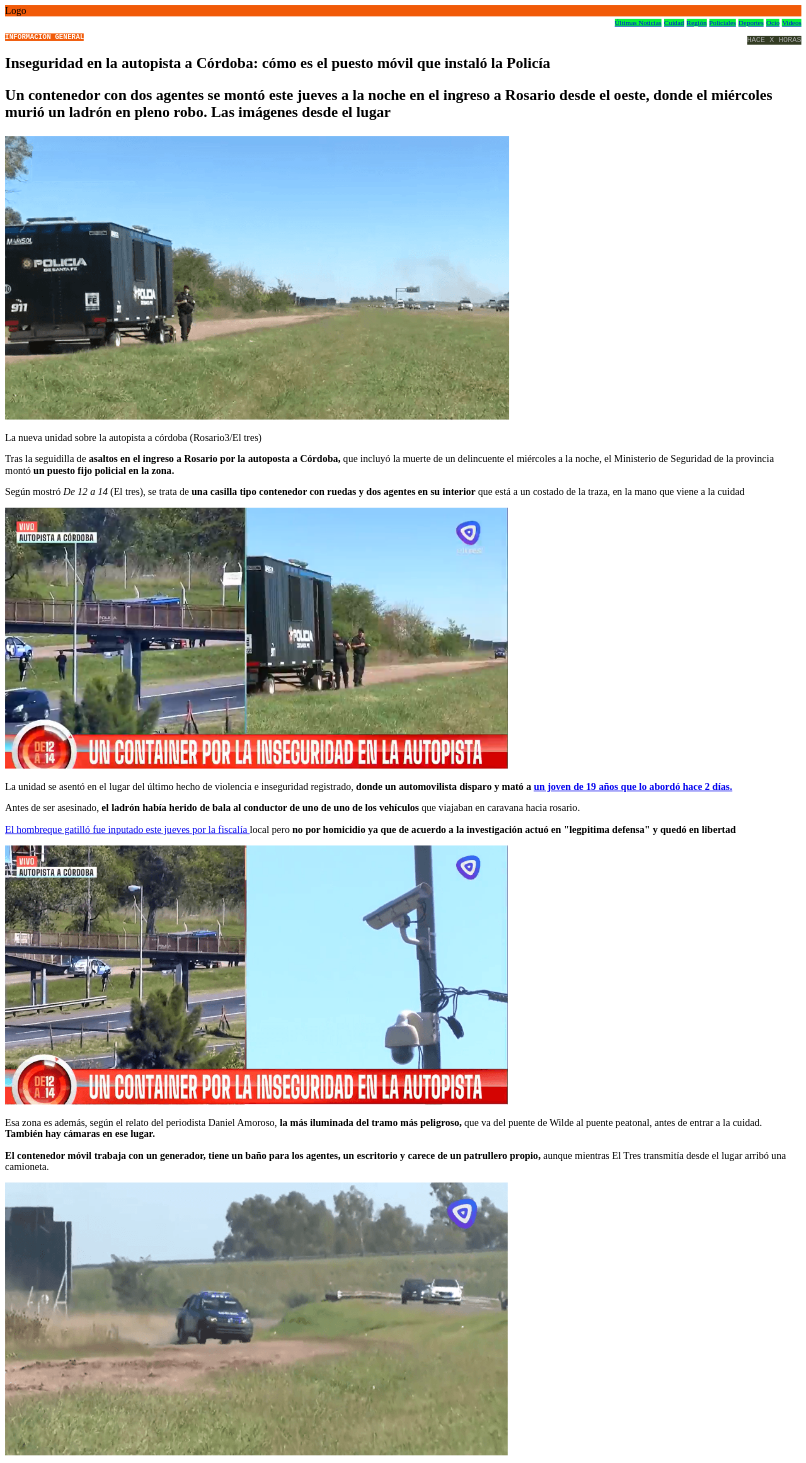
Repository: Larrowo/LPPA
Page: Clase 2/index.html
An editor plug-in stored every save of this project. The page is shown before and after the next save, followed by the edit.
The browser window is 1280 px wide. The pictures show the whole page, at 63% of full size.

Above is the page before, as saved 2022-04-19 14:21:52.

After the next save:
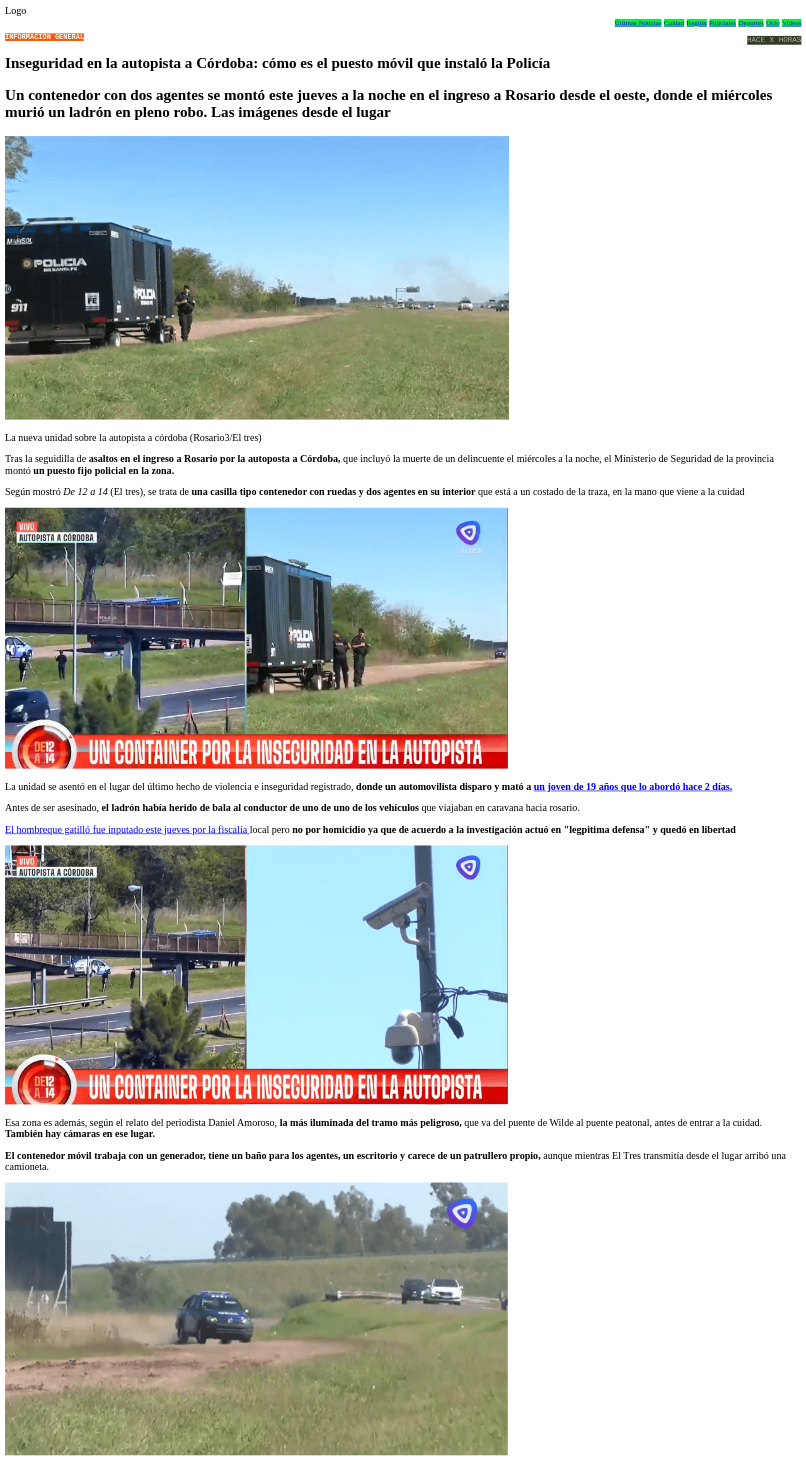
Saved 5 s later.
--- a/Clase 2/style.css
+++ b/Clase 2/style.css
@@ -30,7 +30,6 @@
 }
 
 .logo {
-  background-color: #f15a08;
 }
 
 .linkHeader {
